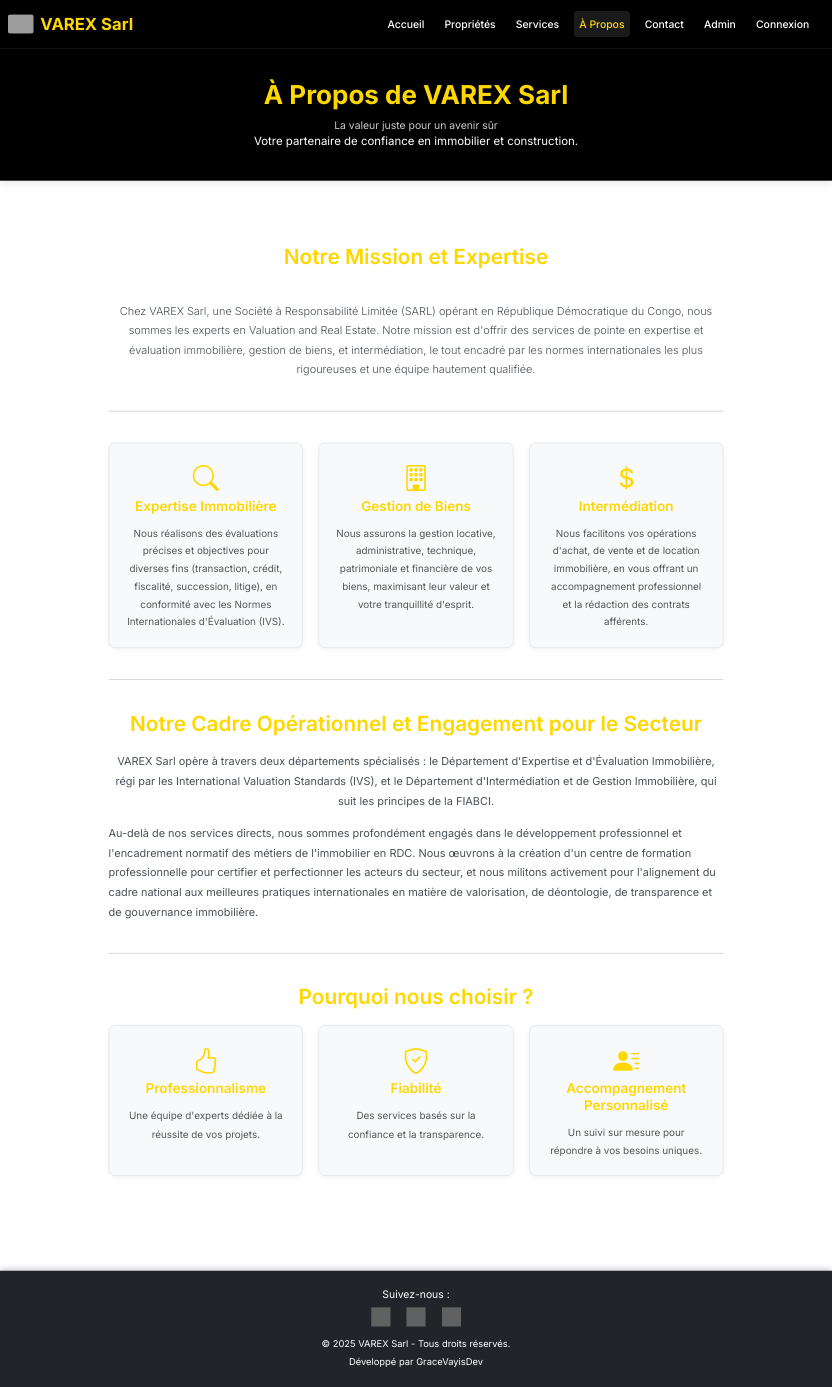
Repository: gradi243/catine
Page: apropos.html
The author's editor kept a copy of each file at every save. The page is drawn from the files as they stood at one save, then again after the next save.
The browser window is 1280 px wide. The pictures show the whole page, at 65% of full size.
Pictures or frames that could not be fetched are drawn as grey boxes.

Above is the page before, as saved 2025-07-01 00:30:47.

After the next save:
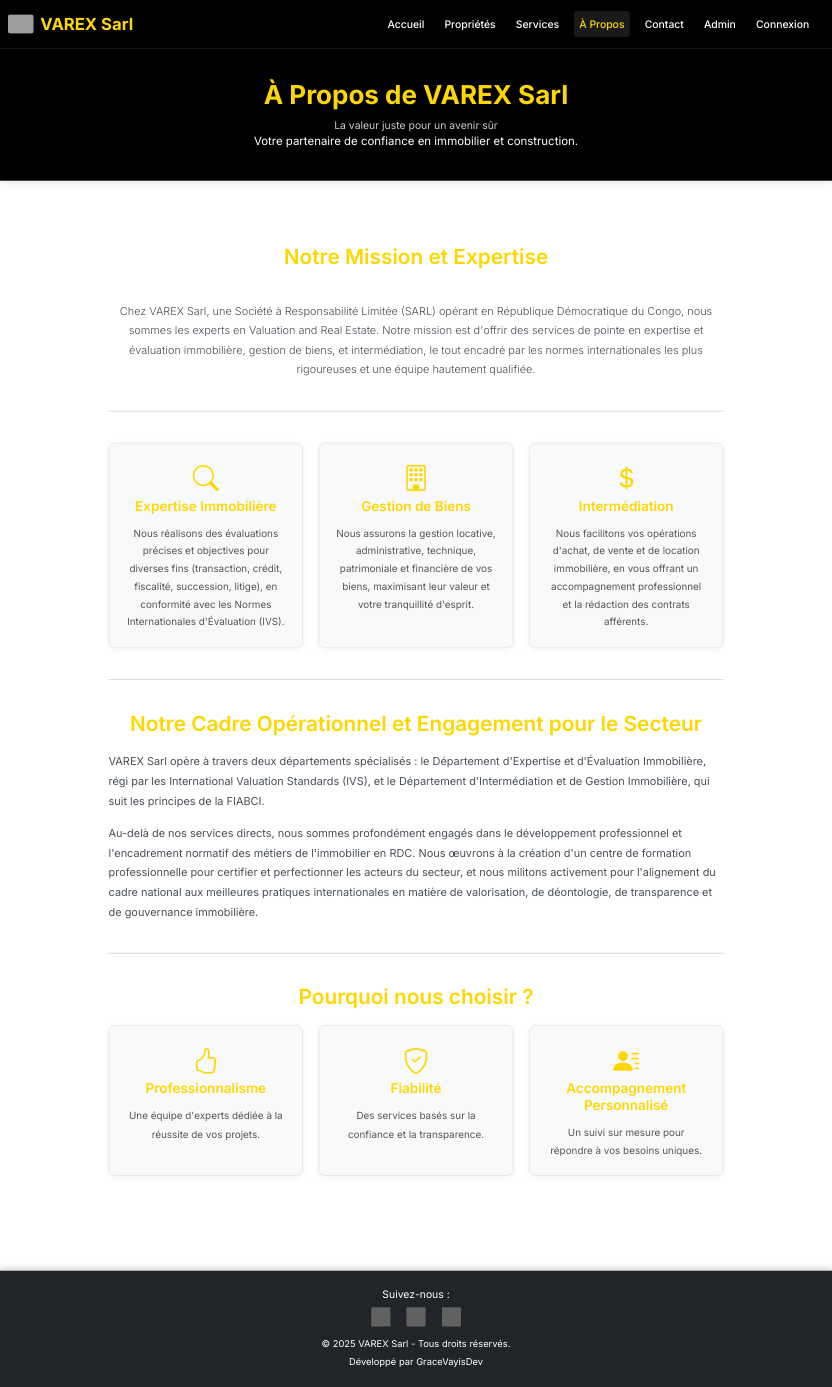
Saved 5 s later.
--- a/apropos.html
+++ b/apropos.html
@@ -286,7 +286,7 @@
             </div>
             <hr class="my-5">
             <h2 class="text-center text-primary mb-4">Notre Cadre Opérationnel et Engagement pour le Secteur</h2>
-            <p class="text-center justify-content">
+            <p class=" justify-content">
                 VAREX Sarl opère à travers deux départements spécialisés : le Département d'Expertise et d'Évaluation Immobilière, régi par les International Valuation Standards (IVS), et le Département d'Intermédiation et de Gestion Immobilière, qui suit les principes de la FIABCI.
             </p>
             <p>
